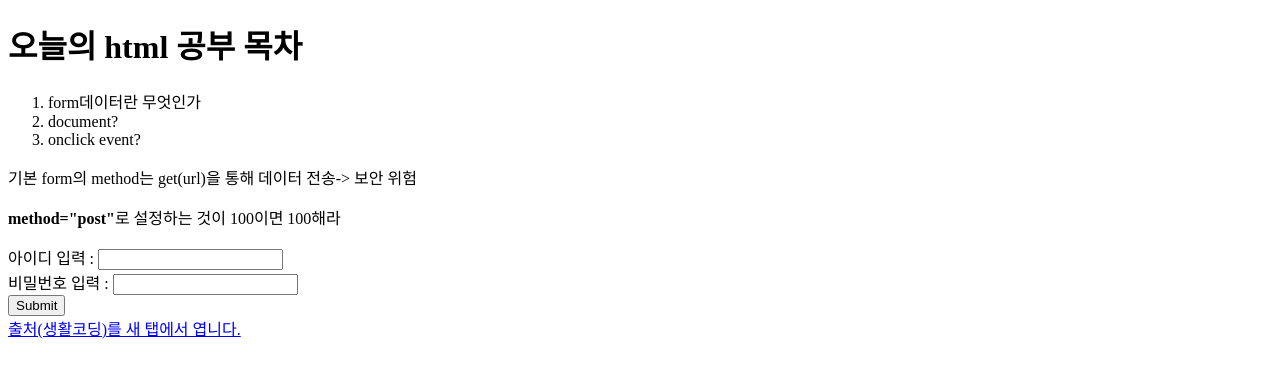
Repository: PareutPareut/frontend
Page: markDowns/study1129.html
These files come from the project's save history. The page is drawn as it stood at one moment and after the next save; the edit follows.
The browser window is 1280 px wide. The pictures show the whole page.

Above is the page before, as saved 2023-11-29 14:55:01.

### markDowns/study1129.html
<!doctype html>
<html>
    <head>
        <meta charset="utf-8"/>
        <title>html- form, document, onclick event</title>
    </head>
    <body>
        <header>
            <h1>오늘의 html 공부 목차</h1>
        </header>
        <ol>
            <li>form데이터란 무엇인가</li>
            <li>document?</li>
            <li>onclick event?</li>
        </ol>

        <form action="localhost:3000/user" method="post">
            <div>
                <p>기본 form의 method는 get(url)을 통해 데이터 전송-> 보안 위험</p>
                <p><strong>method="post"</strong>로 설정하는 것이 100이면 100해라</p>
            </div>

            <div>
                <label for="put_id"> 아이디 입력 : </label>
                <input type="text" id="put_id" name="id">
            </div>

            <div>
                <label for="put_pwd">비밀번호 입력 : </label>
                <input type="password" id="put_pwd" name="pwd">
            </div>

            <input type="submit">
        </form>


        <script>

        </script>

        <footer>
            <a href="https://opentutorials.org/course/2039/10962" target="_blank">출처(생활코딩)를 새 탭에서 엽니다.</a>
        </footer>


    </body>
</html>

After the next save:
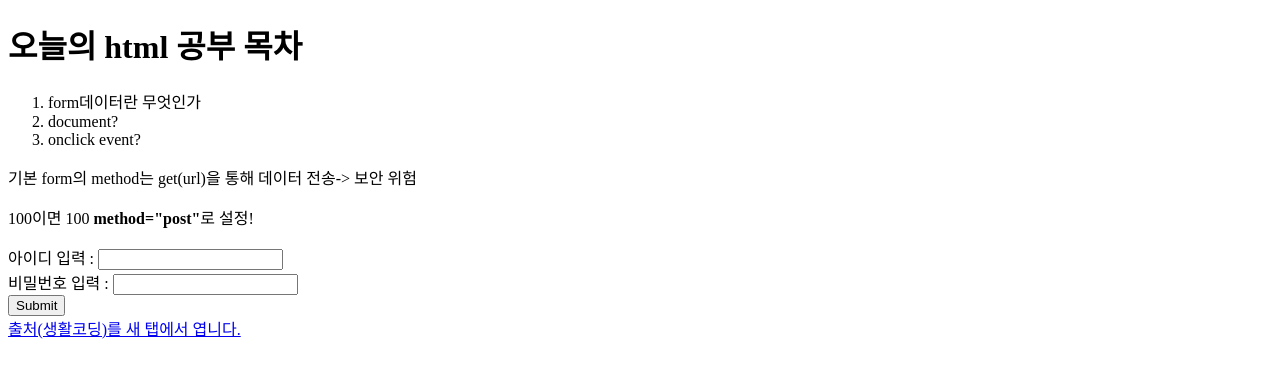
Saved 35 s later.
--- a/markDowns/study1129.html
+++ b/markDowns/study1129.html
@@ -17,7 +17,7 @@
         <form action="localhost:3000/user" method="post">
             <div>
                 <p>기본 form의 method는 get(url)을 통해 데이터 전송-> 보안 위험</p>
-                <p><strong>method="post"</strong>로 설정하는 것이 100이면 100해라</p>
+                <p>100이면 100 <strong>method="post"</strong>로 설정!</p>
             </div>
 
             <div>
